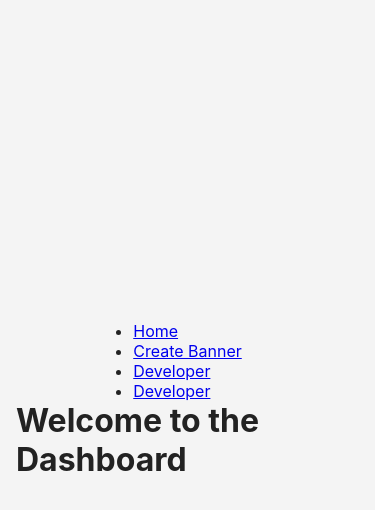
Repository: Yuravolontir/--Baner-Editor--
Page: dashboard.html
These files come from the project's save history. The page is drawn as it stood at one moment and after the next save; the edit follows.
The browser window is 375 px wide. The pictures show the whole page.

Above is the page before, as saved 2025-07-15 22:46:00.
Console error: TypeError: Cannot read properties of null (reading 'addEventListener')

After the next save:
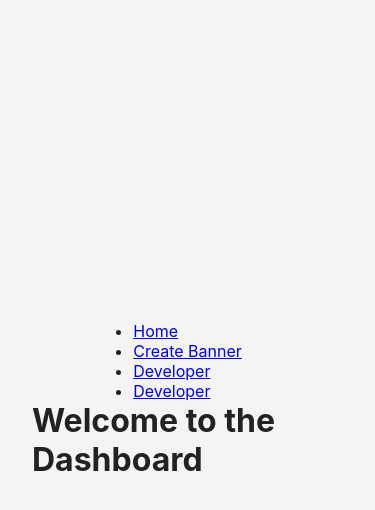
Saved 19 s later.
--- a/styles/styles.css
+++ b/styles/styles.css
@@ -76,9 +76,9 @@
 
 @media (max-width: 500px) {
   #form-container {
-    padding: 2rem;
+    padding: 1rem;
   }
   body {
-    padding: 2rem 1rem;
+    padding: 3rem 2rem;
   }
 }

After the save that followed:
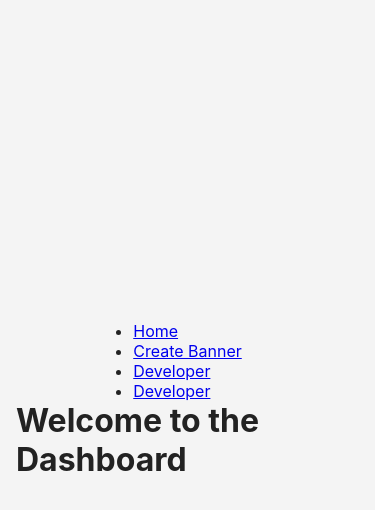
Saved 5 s later.
--- a/styles/styles.css
+++ b/styles/styles.css
@@ -79,6 +79,6 @@
     padding: 1rem;
   }
   body {
-    padding: 3rem 2rem;
+    padding: 2rem 1rem;
   }
 }
